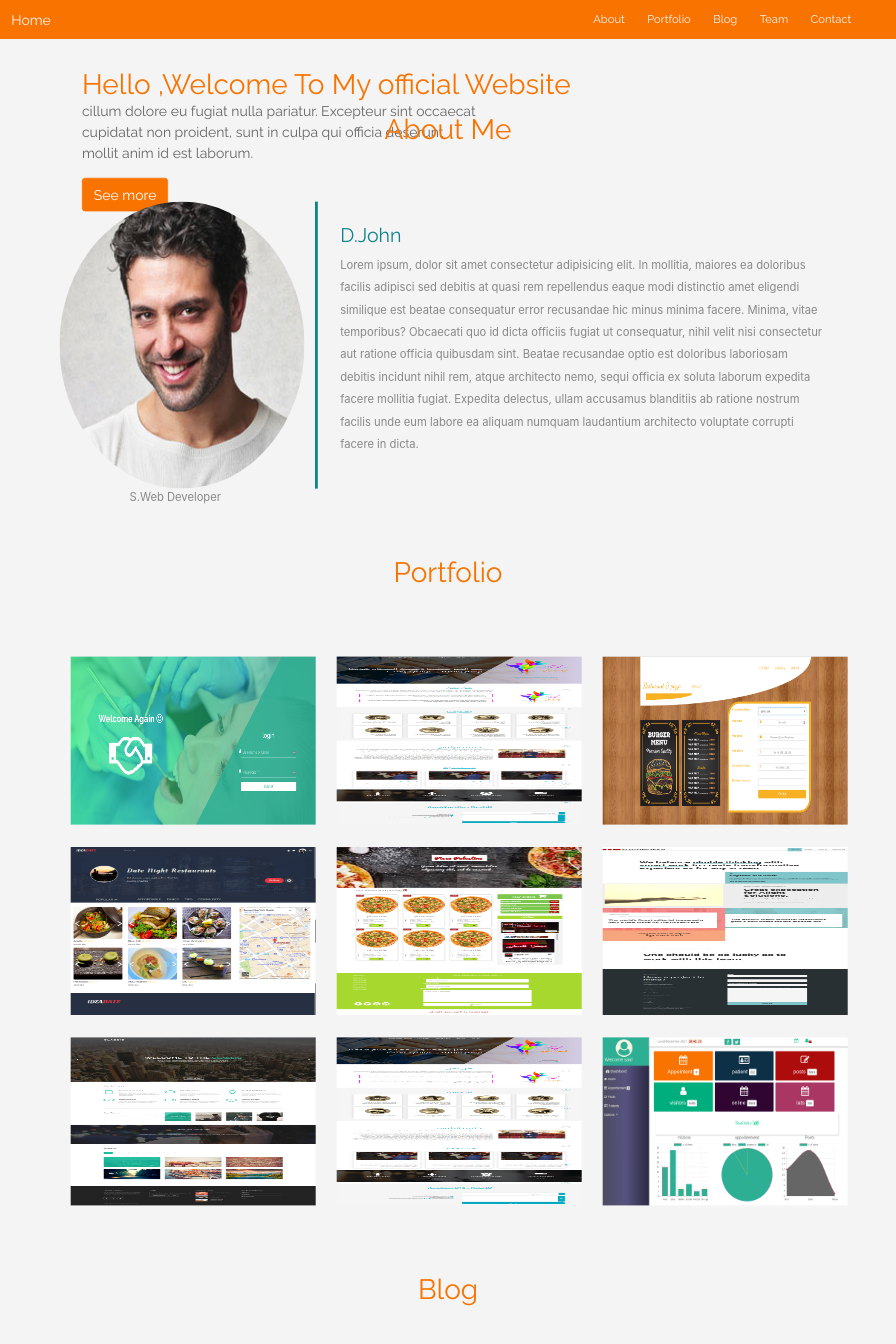
Repository: adrian9211/Bootstrap_website_Ruth
Page: index.html
An editor plug-in stored every save of this project. The page is shown before and after a run of saves, followed by the edit.
The browser window is 1280 px wide. The pictures show the part of the page from y = 0 to 1920 px (the page is 3439 px tall before and 3727 px after), at 70% of full size.

Above is the page before, as saved 2020-11-18 13:18:32.
Console error: ReferenceError: Popper is not defined

### index.html
<!DOCTYPE html>
<html lang="en">
<head>
    <meta charset="UTF-8">
    <meta name="viewport" content="width=device-width, initial-scale=1.0">
    <title>Bootstrap 4 page</title>

    <link rel="stylesheet" href="css/bootstrap.min.css">
    <link rel="stylesheet" href="css/main.css">
</head>
<body>
    <!-- Navbar start -->
    <nav class="navbar navbar-expand-lg fixed-top">
        <a class="navbar-brand" href="#">Home</a>
        <button class="navbar-toggler" type="button" data-toggle="collapse" data-target="#navbarSupportedContent" aria-controls="navbarSupportedContent" aria-expanded="false" aria-label="Toggle navigation">
          <span class="navbar-toggler-icon"></span>
        </button>

        <div class="collapse navbar-collapse" id="navbarSupportedContent">
            <ul class="navbar-nav mr-4">
              <li class="nav-item">
                <a class="nav-link"  data-value="about" href="#">About</a>
              </li>
              <li class="nav-item">
                <a class="nav-link" data-value="portfolio" href="#">Portfolio</a>
              </li>
              <li class="nav-item">
                <a class="nav-link" data-value="blog" href="#">Blog</a>
              </li>
              <li class="nav-item">
                <a class="nav-link" data-value="team" href="#">Team</a>
              </li>
              <li class="nav-item">
                <a class="nav-link" data-value="contact" href="#">Contact</a>
              </li>
          </div>
    </nav>
    <!-- Navbar end -->
    <!-- Header section START -->
    <header class="header">
      <div class="overlay"></div>
       <div class="container">
           <div class="description ">
        <h1>
          Hello ,Welcome To My official Website
          <p>
          cillum dolore eu fugiat nulla pariatur. Excepteur sint occaecat cupidatat non
          proident, sunt in culpa qui officia deserunt mollit anim id est laborum.</p>
          <button class="btn btn-outline-secondary btn-lg">See more</button>
        </h1>
      </div>
       </div>

    </header>
    <!-- Header section END -->

    <!-- About section START -->

    <div class="about" id="about">
      <div class="container">
        <h1 class="text-center">About Me</h1>
          <div class="row">
            <div class="col-lg-4 col-md-4 col-sm-12">
              <img src="images/team-3.jpg"  class="img-fluid" alt="photo">
              <span class="text-justify">S.Web Developer</span>
            </div>
            <div class="col-lg-8 col-md-8 col-sm-12 desc">
              <h3>D.John</h3>
              <p>Lorem ipsum, dolor sit amet consectetur adipisicing elit. In mollitia, maiores ea doloribus facilis adipisci sed debitis at quasi rem repellendus eaque modi distinctio amet eligendi similique est beatae consequatur error recusandae hic minus minima facere. Minima, vitae temporibus? Obcaecati quo id dicta officiis fugiat ut consequatur, nihil velit nisi consectetur aut ratione officia quibusdam sint. Beatae recusandae optio est doloribus laboriosam debitis incidunt nihil rem, atque architecto nemo, sequi officia ex soluta laborum expedita facere mollitia fugiat. Expedita delectus, ullam accusamus blanditiis ab ratione nostrum facilis unde eum labore ea aliquam numquam laudantium architecto voluptate corrupti facere in dicta.</p>
            </div>
          </div>
      </div>
    </div>

    <!-- About section END -->

    <!-- Portfolio part START -->
    <div class="portfolio" id="portfolio">
      <h1 class="text-center">Portfolio</h1>
      <div class="container">
        <div class="row">
          <div class="col-lg-4 col-md-4 col-sm-12">
            <img src="images/portfolio/port13.png" alt="port3" class="img-fluid">
        </div>
          <div class="col-lg-4 col-md-4 col-sm-12">
            <img src="images/portfolio/port1.png" alt="port1" class="img-fluid">
        </div>
          <div class="col-lg-4 col-md-4 col-sm-12">
            <img src="images/portfolio/port6.png" alt="port6" class="img-fluid">
        </div>
          <div class="col-lg-4 col-md-4 col-sm-12">
            <img src="images/portfolio/port3.png" alt="port3" class="img-fluid">
        </div>
          <div class="col-lg-4 col-md-4 col-sm-12">
            <img src="images/portfolio/port11.png" alt="port11" class="img-fluid">
        </div>
          <div class="col-lg-4 col-md-4 col-sm-12">
            <img src="images/portfolio/electric.png" alt="electric" class="img-fluid">
        </div>
          <div class="col-lg-4 col-md-4 col-sm-12">
            <img src="images/portfolio/Classic.jpg" alt="classic" class="img-fluid">
        </div>
          <div class="col-lg-4 col-md-4 col-sm-12">
            <img src="images/portfolio/port1.png" alt="port1" class="img-fluid">
        </div>
          <div class="col-lg-4 col-md-4 col-sm-12">
            <img src="images/portfolio/port8.png" alt="port8" class="img-fluid">
        </div>
      </div>
    </div>
    </div>

    <!-- Portfolio part END -->

    <!-- Posts section START -->
    <div class="blog" id="blog">
      <div class="container">
        <h1 class="text-center">Blog</h1>
        <div class="row">
          <div class="col-lg-4 col-md-4 col-sm-12" >
            <div class="card">
              <div class="card-img">
                <img src="images/posts/polit.jpg" alt="polit" class="img-fluid">
              </div>
              <div class="card-body">
                <h4 class="card-title">Post Title</h4>
                <p class="card-text">
                  Lorem ipsum dolor sit amet consectetur adipisicing elit. Fuga, at, mollitia et labore est quo ratione suscipit iste consequatur quos quidem nulla asperiores eveniet repellat odit. Reprehenderit enim vitae ratione ab veniam, temporibus sapiente quasi tenetur voluptatem repellat ea ipsam rerum consectetur unde quia exercitationem tempore debitis laborum qui dolores!
                </p>
              </div>
              <div class="card-footer">
                <a href="" class="card-link"> Read more</a>
              </div>
            </div>
          </div>
          <div class="col-lg-4 col-md-4 col-sm-12">
            <div class="card">
              <div class="card-img">
                <img src="images/posts/images.jpg" alt="images" class="img-fluid">
              </div>
              <div class="card-body">
                <h4 class="card-title">Post Title</h4>
                <p class="card-text">
                  Lorem ipsum dolor sit amet consectetur adipisicing elit. Ex earum ad, labore aperiam magnam maiores quaerat, sapiente a aut mollitia veritatis molestiae reprehenderit pariatur eum cum minima? Nulla, quia. Libero laborum ullam unde beatae error vero iure soluta, itaque sint debitis sequi! Provident, quam facilis vero animi eaque illum dignissimos.
                </p>
              </div>
              <div class="card-footer">
                <a href="" class="card-link">Read more</a>
              </div>
            </div>
          </div>
          <div class="col-lg-4 col-md-4 col-sm-12">
            <div class="card">
              <div class="card-img">
                <img src="images/posts/imag2.jpg" alt="images" class="img-fluid">
              </div>
              <div class="card-body">
                <h4 class="card-title">Post Title</h4>
                <p class="card-text">
                  Lorem ipsum dolor sit amet consectetur adipisicing elit. Ex earum ad, labore aperiam magnam maiores quaerat, sapiente a aut mollitia veritatis molestiae reprehenderit pariatur eum cum minima? Nulla, quia. Libero laborum ullam unde beatae error vero iure soluta, itaque sint debitis sequi! Provident, quam facilis vero animi eaque illum dignissimos.
                </p>
              </div>
              <div class="card-footer">
                <a href="" class="card-link">Read more</a>
              </div>
            </div>
          </div>
        </div>
      </div>
    </div>
    <!-- Posts section END -->

    <!-- Team Section START -->
    <div class="team" id="team">
      <div class="container">
      <h1 class="text-center">Our Team</h1>
        <div class="row">
          <div class="col-lg-3 col-md-3 col-sm-12 item">
            <img src="images/team-2.jpg" alt="team-2" class="img-fluid">
            <div class="des">
              Sara
            </div>
            <span class="text-muted">Manager</span>
          </div>
          <div class="col-lg-3 col-md-3 col-sm-12 item">
            <img src="images/team-3.jpg" alt="team-2" class="img-fluid">
            <div class="des">
              Chris
            </div>
            <span class="text-muted">S.enginnern</span>
          </div>
          <div class="col-lg-3 col-md-3 col-sm-12 item">
            <img src="images/team-2.jpg" alt="team-2" class="img-fluid">
            <div class="des">
              Layla
            </div>
            <span class="text-muted">Front End Developer</span>
          </div>
          <div class="col-lg-3 col-md-3 col-sm-12 item">
            <img src="images/team-3.jpg" alt="team-2" class="img-fluid">
            <div class="des">
              J.Jirard
            </div>
            <span class="text-muted">Team Manager</span>
          </div>
        </div>
      </div>
    </div>
    <!-- Team Section END -->

    <!-- Contact section START -->

    <div class="contact-form" id="contact">
      <div class="container">
        <form>
          <div class="row">
            <div class="col-lg-4 col-md-4 col-sm-12" >
              <h1>Get in Touch</h1>
            </div>
            <div class="col-lg-4 col-md-4 col-sm-12 right">
              <div class="form-group">
                <input type="text" class="form-control form-control-lg" placeholder="Your Name" name="name">
              </div>
              <div class="form-group">
                <input type="text" class="form-control form-control-lg" placeholder="YourEmail@email.com" name="email">
              </div>
              <div class="form-group">
                <textarea class="form-control form-control-lg">

                </textarea>
              </div>
              <input type="submit" class="btn btn-secondary btn-block" value="Send" name="">
            </div>
          </div>
        </form>
      </div>
    </div>

    <!-- Contact section END-->

    <!-- JS files section -->
  <script type="text/javascript" src="js/jquery.min.js"></script>
  <script type="text/javascript" src="js/bootstrap.min.js"></script>
  <!-- <script type="text/javascript" src="js/main.js"></script> -->
</body>
</html>

### css/main.css
@import url('https://fonts.googleapis.com/css?family=Raleway');

body{
	padding: 0;
	margin: 0;
	background:#f4f4f4;
}
html,h1,h2,h3,h4,h5,h6,a{
	font-family: "Raleway";
}
.navbar{
	background:#F97300;
}
.nav-link , .navbar-brand{
	color: #f4f4f4;
	cursor: pointer;
}
.nav-link{
	margin-right: 1em !important;
}
.nav-link:hover{
	background: #f4f4f4;
	color: #f97300;
}
.navbar-collapse{
 justify-content: flex-end;
}
.navbar-toggler{
  background:#fff !important;
}

/*header style*/
.header{
	position: relative;
	background-image: url('../images/headerback.jpg');
	background-size: cover;
	background-position: center;
}
.overlay{
	position: absolute;
	min-height: 100%;
	min-width: 100%;
	left: 0;
	top: 0;
	background: rgba(244, 244, 244, 0.79);
}
.description{
    position: absolute;
    top: 30%;
    margin: auto;
    padding: 2em;

}
.description h1{
	color:#F97300 ;
}
.description p{
	color:#666;
	font-size: 20px;
	width: 50%;
	line-height: 1.5;
}
.description button{
	border:1px  solid #F97300;
	background:#F97300;
	color:#fff;
}
.about{
	margin: 4em 0;
	padding: 1em;
	position: relative;
}
.about h1{
	color:#F97300;
	margin: 2em;
}
.about img{
	height: 100%;
    width: 100%;
    border-radius: 50%
}
.about span{
	display: block;
	color: #888;
	position: absolute;
	left: 115px;
}
.about .desc{
	padding: 2em;
	border-left:4px solid #10828C;
}
.about .desc h3{
	color: #10828C;
}
.about .desc p{
	line-height:2;
	color:#888;
}


/*Portfolio*/
.portfolio{
	margin: 4em 0;
    position: relative;
}
.portfolio h1{
	color:#F97300;
	margin: 2em;
}
.portfolio img{
	 height: 15rem;
	 width: 100%;
	 margin: 1em;
}

/*blog style*/
.blog{
	margin: 4em 0;
	position: relative;
}
.blog h1{
	color:#F97300;
	margin: 2em;
}
.blog .card{
	box-shadow: 0 0 20px #ccc;
}
.blog .card img{
	width: 100%;
	height: 12em;
}
@media and (max-width: 768px){
 .team .item img{
 	width: 100%;
 }
}
.blog .card-title{
	color:#F97300;
}

.blog .card-body{
	padding: 1em;
}
.team{
	margin: 4em 0;
	position: relative;

}
.team h1{
	color:#F97300;
	margin: 2em;
}
.team .item{
	position: relative;
	overflow: hidden;
}
.team .des{
	background: #F97300;
	color: #fff;
	text-align: center;
	border-top-right-radius: 93%;
	transition:.3s ease-in-out;
	position: absolute;
	width: 88%;
	bottom: 24px;


}
.team .item:hover .des{
	height: 100%;
	background:#f973007d;
    position: absolute;
	width: 89%;
	padding: 5em;
	top: 0;
	border-top-right-radius: 0;
}
.contact-form{
	margin: 6em 0;
	position: relative;
}

.contact-form h1{
	padding:2em 1px;
	color: #F97300;
}
.contact-form .right{
	max-width: 600px;
}
.contact-form .right .btn-secondary{
	background:  #F97300;
	color: #fff;
	border:0;
}
.contact-form .right .form-control::placeholder{
	color: #888;
	font-size: 16px;
}

Loaded but not shown: css/bootstrap.min.css (library); js/jquery.min.js (library); js/bootstrap.min.js (library)

After the next 3 saves:
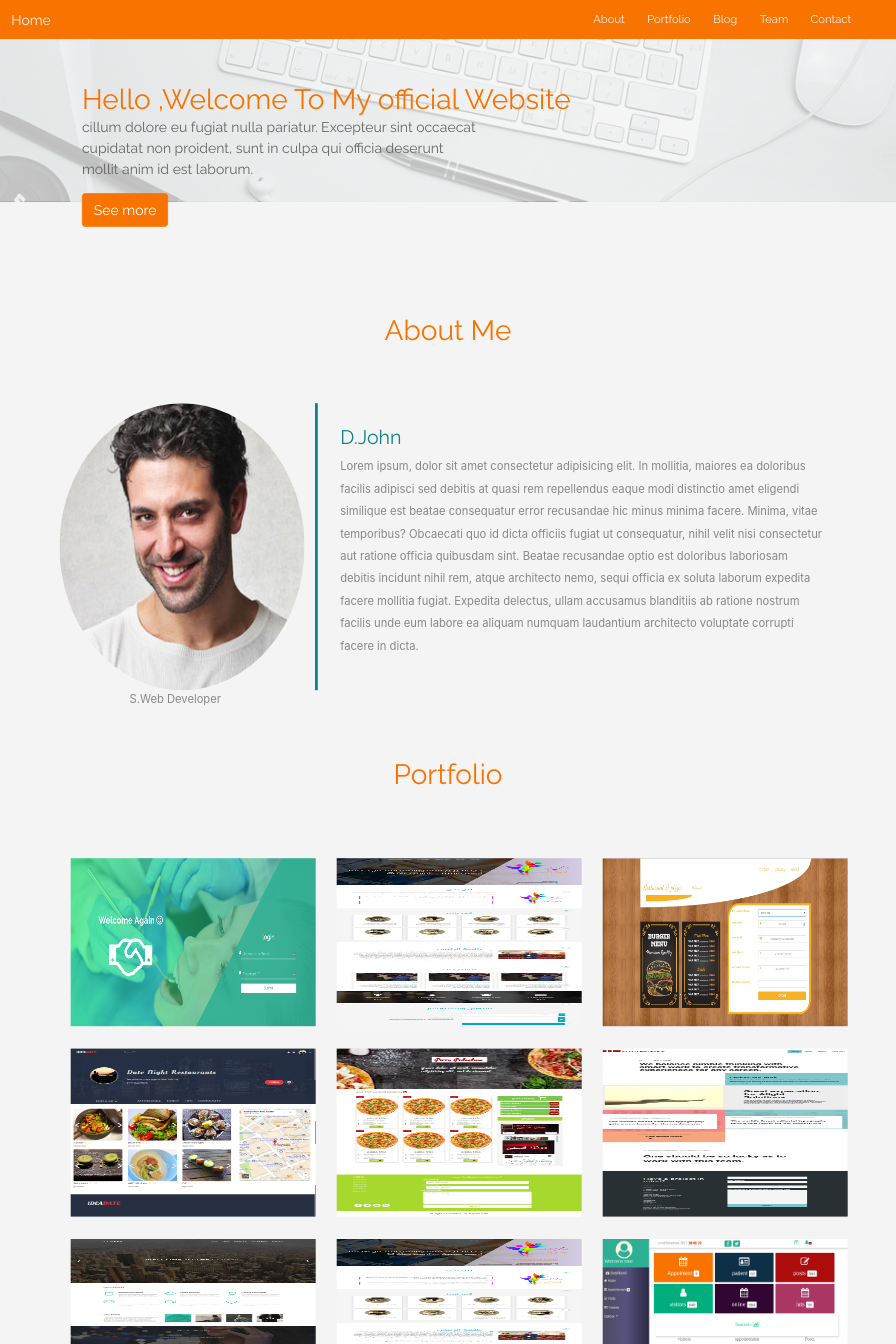
The 3 saves are shown as one change because they came seconds apart.
The last was saved 12 s later.
--- a/css/main.css
+++ b/css/main.css
@@ -31,6 +31,7 @@ html,h1,h2,h3,h4,h5,h6,a{
 
 /*header style*/
 .header{
+	height: 40vh;
 	position: relative;
 	background-image: url('../images/headerback.jpg');
 	background-size: cover;
